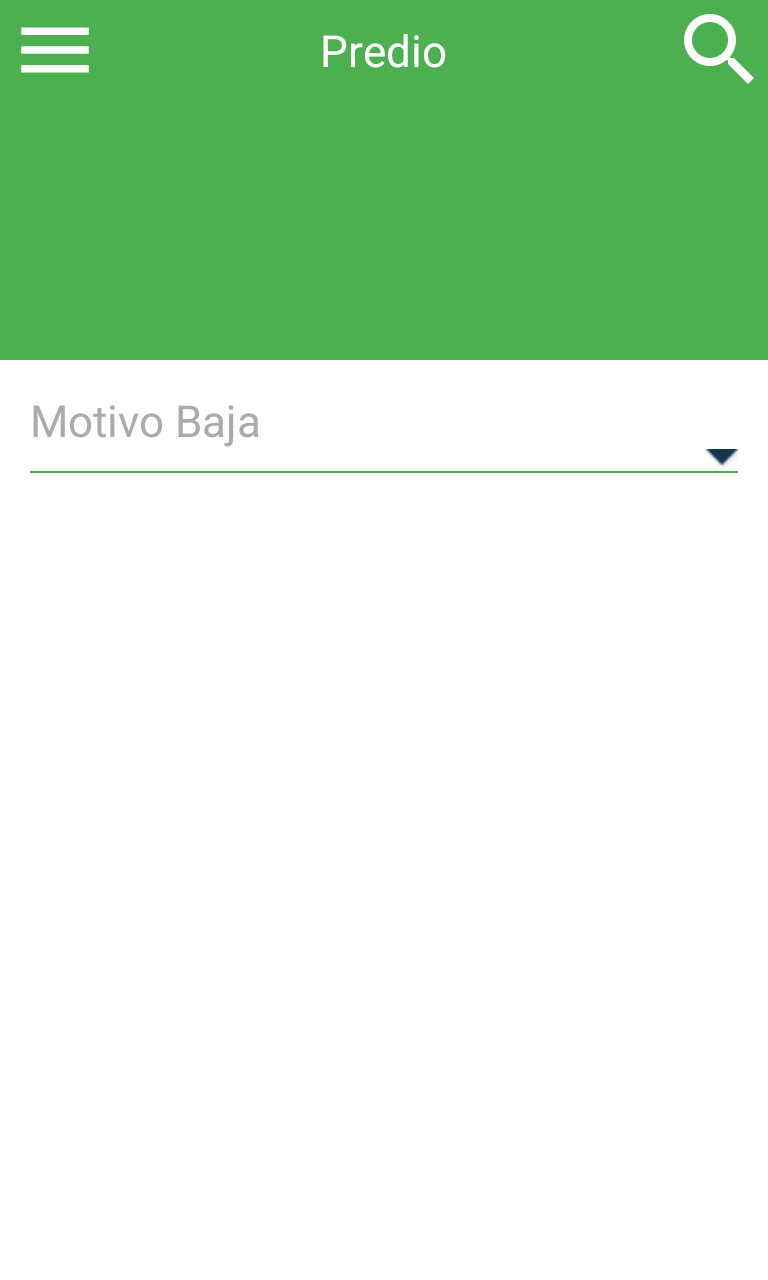
Repository: danielctf/Chilterra
Layout: Proyectos/Animales/res/layout/activity_baja_ganado.xml
These files come from the project's save history. The layout is drawn as it stood at one moment and after the next save; the edit follows.
It is drawn on a 768 x 1280 px phone screen (xhdpi) without system bars, with theme AppTheme; the app's code is not run.

Above is the layout before, as saved 2015-10-09 16:46:44.

After the next save:
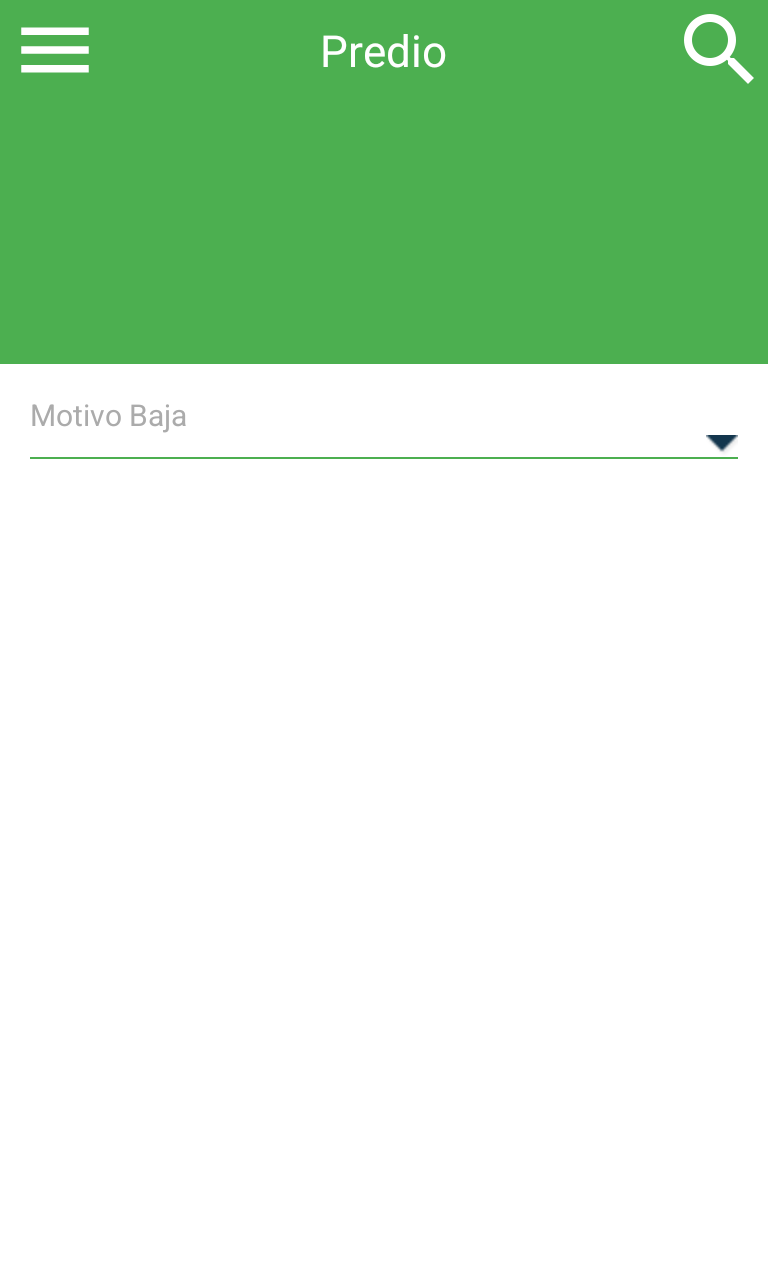
Saved 49 min 14 s later.
--- a/Proyectos/Animales/res/layout/activity_baja_ganado.xml
+++ b/Proyectos/Animales/res/layout/activity_baja_ganado.xml
@@ -71,6 +71,7 @@
             android:layout_marginLeft="15dp"
             android:layout_marginTop="15dp"
             android:text="Motivo Baja"
+            android:textSize="15sp"
             android:textColor="#ababab"
             android:textAppearance="?android:attr/textAppearanceLarge" />
 
